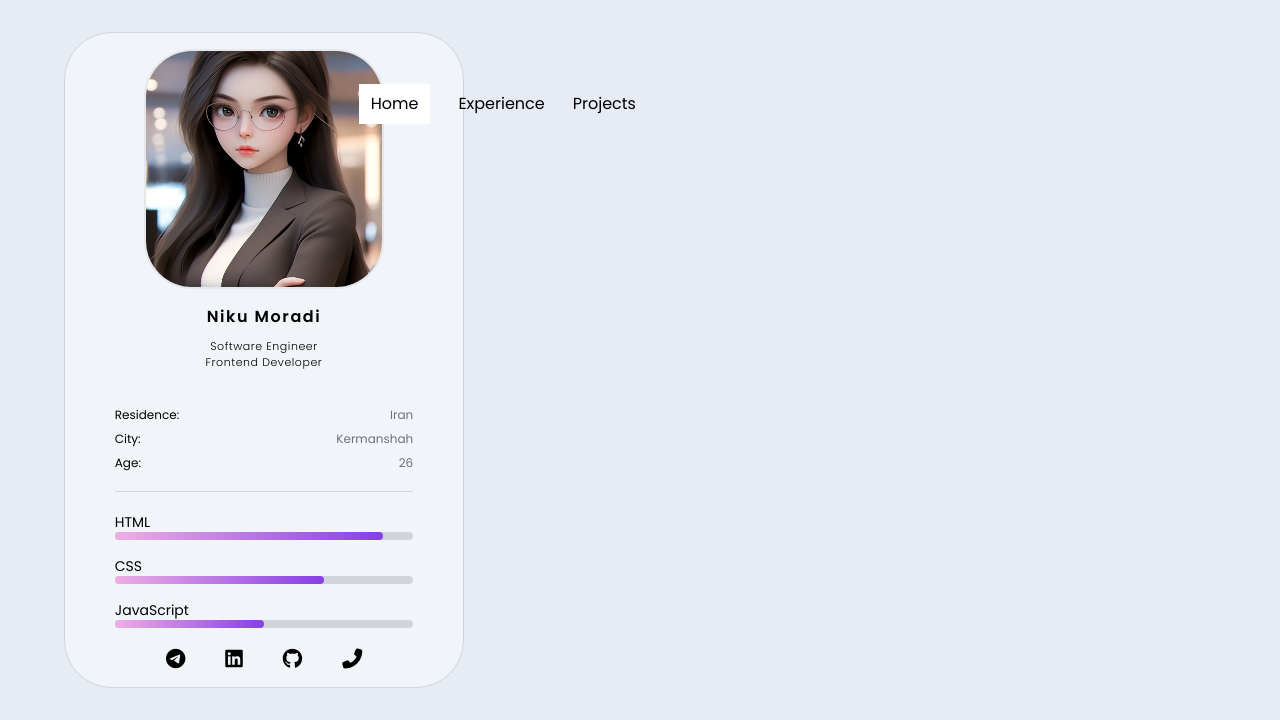
Repository: NikuMoradi/niku-moradi
Page: /
The author's editor kept a copy of each file at every save. The page is drawn from the files as they stood at one save, then again after a run of saves.
The browser window is 1280 px wide. The pictures show the whole page.
The project was rebuilt for these pictures with package versions that can differ from the ones it lists, and the page was loaded fresh each time. The framework's server and built-in components were replaced by stand-ins that run in the browser. Also part of the build but not shown: nuxt.config.ts, components/Blog Posts/Component-Design.vue, components/Blog.vue, components/Contact.vue, components/Education.vue, components/Experience.vue, components/Hero.vue, components/Menu.vue and 3 more.

Above is the page before, as saved 2024-11-30 20:18:10.

After the next 3 saves:
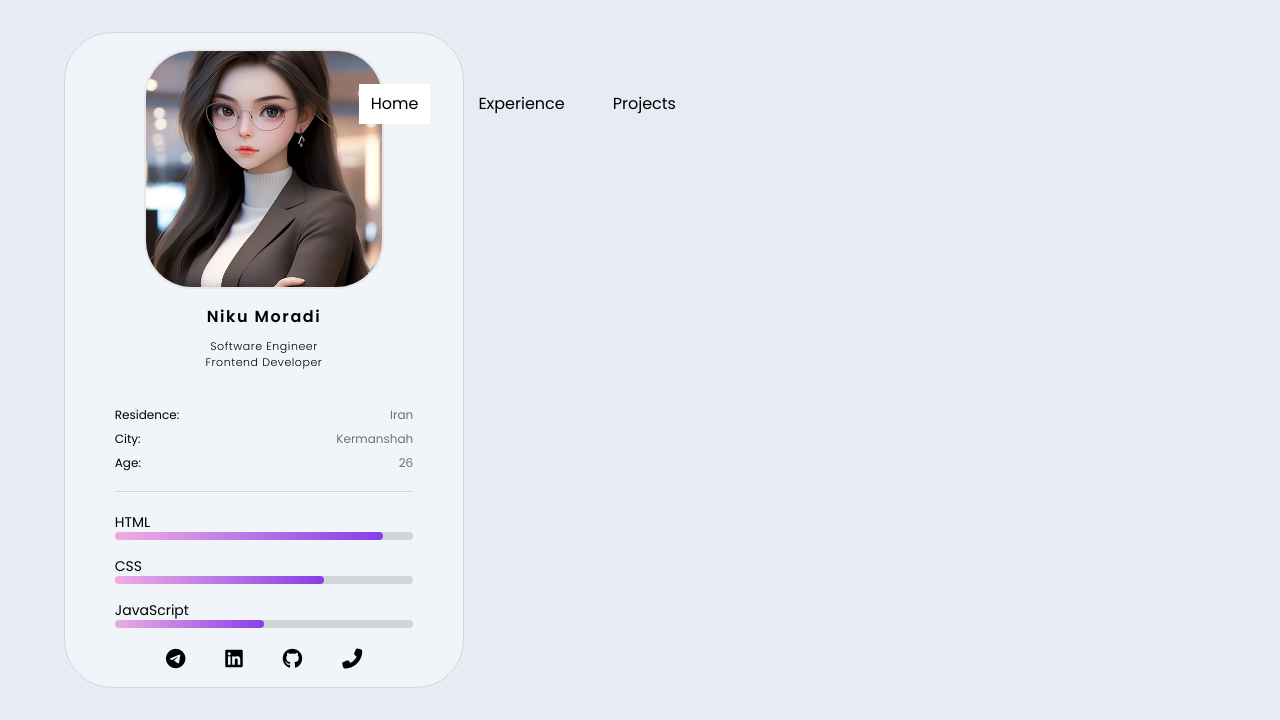
The 3 saves are shown as one change because they came seconds apart.
The last was saved 14 h 59 min later.
--- a/components/Navbar.vue
+++ b/components/Navbar.vue
@@ -1,6 +1,6 @@
 <template>
   <div
-    class="flex items-center px-3 py-1 space-x-7 fixed top-20 right-20 w-2/3"
+    class="flex items-center px-3 py-1 space-x-12 fixed top-20 right-20 w-2/3"
   >
     <!-- About -->
     <div class="py-2 px-3 bg-white">
